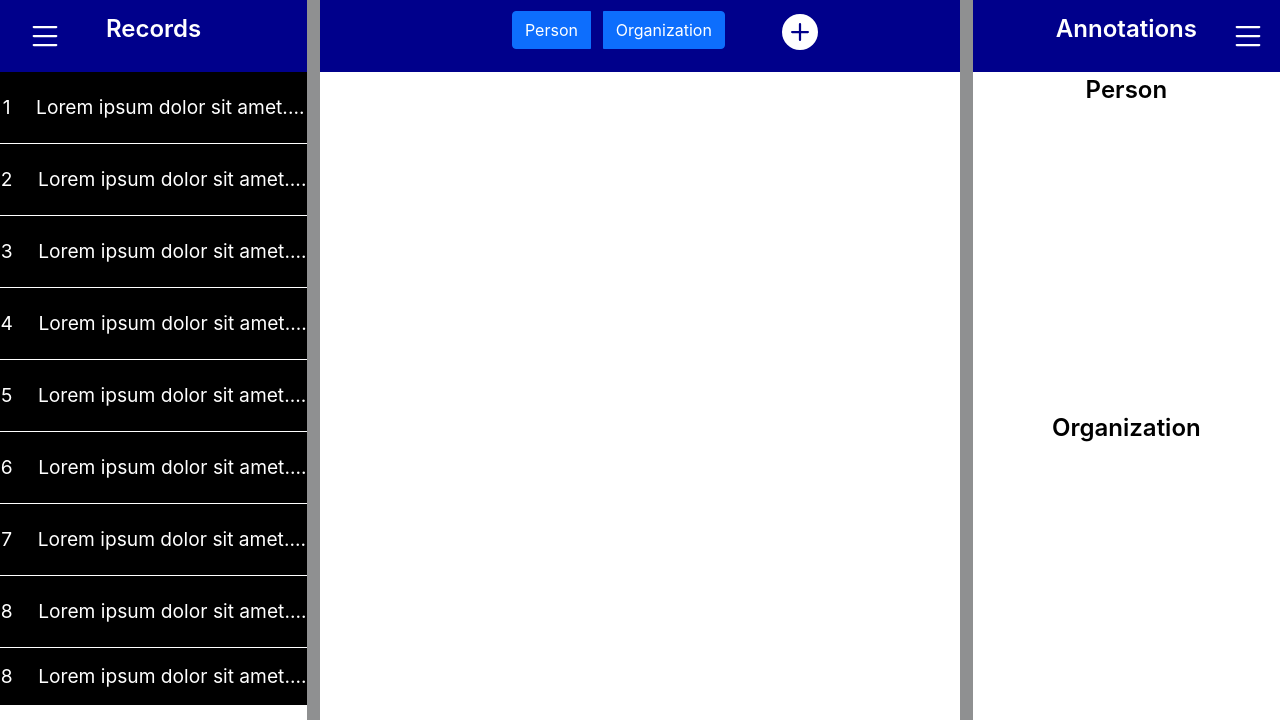
Repository: napan24/classforma_assignment
Page: / (app in client/)
The author's editor kept a copy of each file at every save. The page is drawn from the files as they stood at one save, then again after the next save.
The browser window is 1280 px wide. The pictures show the whole page.
The project was rebuilt for these pictures with package versions that can differ from the ones it lists, and the page was loaded fresh each time. Also part of the build but not shown: client/src/App.css.

Above is the page before, as saved 2022-07-20 18:58:30.

After the next save:
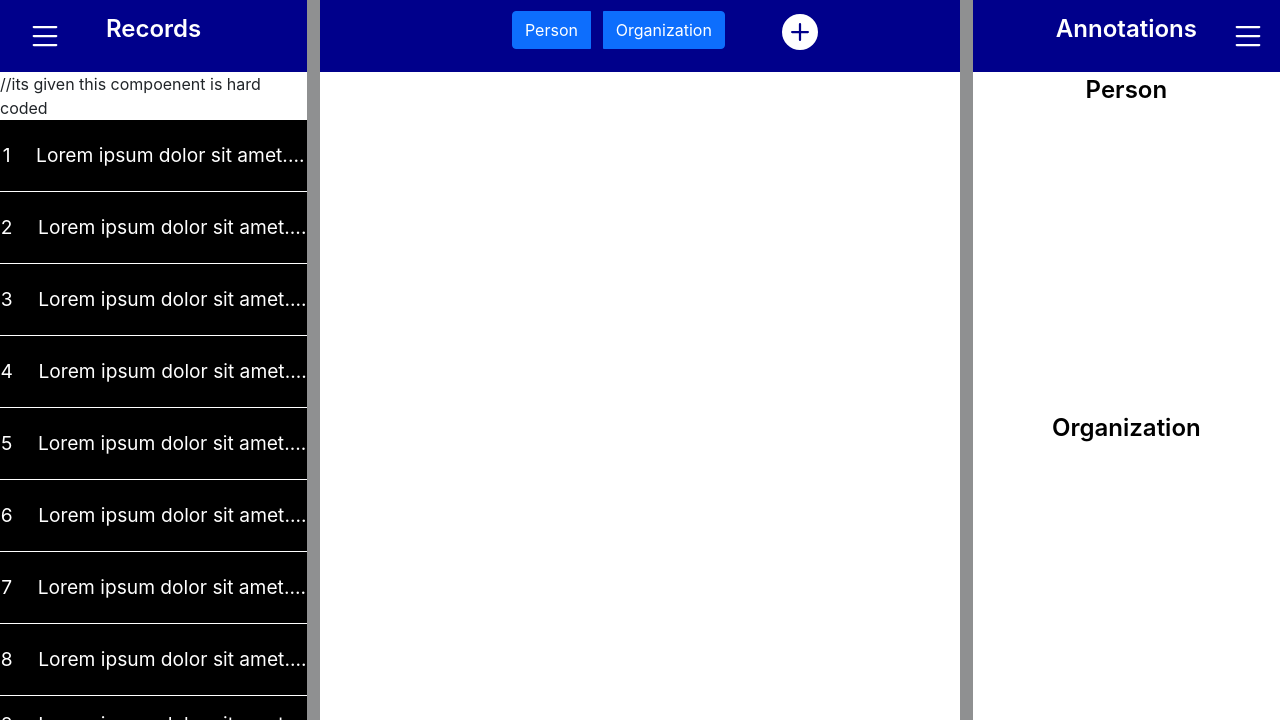
Saved 24 s later.
--- a/client/src/Home.js
+++ b/client/src/Home.js
@@ -107,6 +107,7 @@
                     <svg onClick={() => { showLeftComponent() }} style={{ width: "5vw", height: "5vh", position: 'absolute', left: "1vw", top: "2.5vh", color: 'white' }} xmlns="http://www.w3.org/2000/svg" fill="currentColor" class="bi bi-list" viewBox="0 0 16 16">
                         <path fill-rule="evenodd" d="M2.5 12a.5.5 0 0 1 .5-.5h10a.5.5 0 0 1 0 1H3a.5.5 0 0 1-.5-.5zm0-4a.5.5 0 0 1 .5-.5h10a.5.5 0 0 1 0 1H3a.5.5 0 0 1-.5-.5zm0-4a.5.5 0 0 1 .5-.5h10a.5.5 0 0 1 0 1H3a.5.5 0 0 1-.5-.5z" />
                     </svg>
+                    //its given this compoenent is hard coded
                     <div style={{ width: "24vw", height: "10vh", backgroundColor: "black",overflow:"hidden",color:"white",fontSize:"120%",display:"flex",justifyContent:'center',alignItems:'center',borderBottom:"1px solid white" }}>
                         <span style={{top:"10vh"}}>
                             1

After the save that followed:
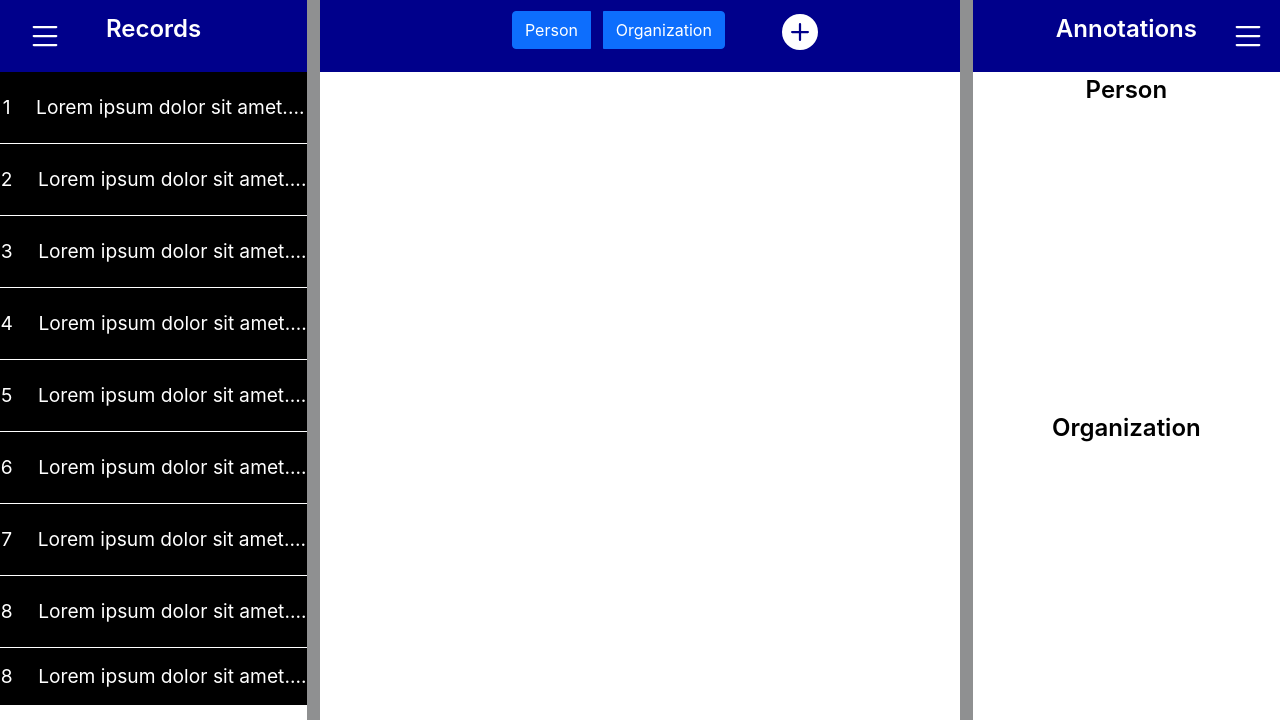
Saved 13 s later.
--- a/client/src/Home.js
+++ b/client/src/Home.js
@@ -107,7 +107,7 @@
                     <svg onClick={() => { showLeftComponent() }} style={{ width: "5vw", height: "5vh", position: 'absolute', left: "1vw", top: "2.5vh", color: 'white' }} xmlns="http://www.w3.org/2000/svg" fill="currentColor" class="bi bi-list" viewBox="0 0 16 16">
                         <path fill-rule="evenodd" d="M2.5 12a.5.5 0 0 1 .5-.5h10a.5.5 0 0 1 0 1H3a.5.5 0 0 1-.5-.5zm0-4a.5.5 0 0 1 .5-.5h10a.5.5 0 0 1 0 1H3a.5.5 0 0 1-.5-.5zm0-4a.5.5 0 0 1 .5-.5h10a.5.5 0 0 1 0 1H3a.5.5 0 0 1-.5-.5z" />
                     </svg>
-                    //its given this compoenent is hard coded
+                    {/* its given this compoenent is hard coded */}
                     <div style={{ width: "24vw", height: "10vh", backgroundColor: "black",overflow:"hidden",color:"white",fontSize:"120%",display:"flex",justifyContent:'center',alignItems:'center',borderBottom:"1px solid white" }}>
                         <span style={{top:"10vh"}}>
                             1
